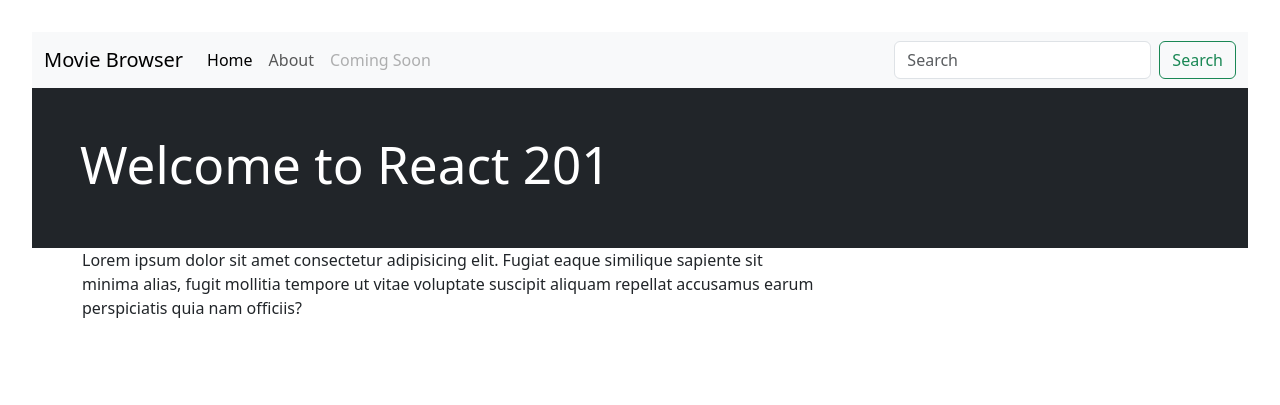
Repository: blordeus/movie-search-browser
Page: / (app in movie-browser/)
These files come from the project's save history. The page is drawn as it stood at one moment and after the next save; the edit follows.
The browser window is 1280 px wide. The pictures show the whole page.
The project was rebuilt for these pictures with package versions that can differ from the ones it lists, and the page was loaded fresh each time. Also part of the build but not shown: movie-browser/vite.config.js, movie-browser/src/components/About.jsx.

Above is the page before, as saved 2023-09-03 15:14:40.

After the next save:
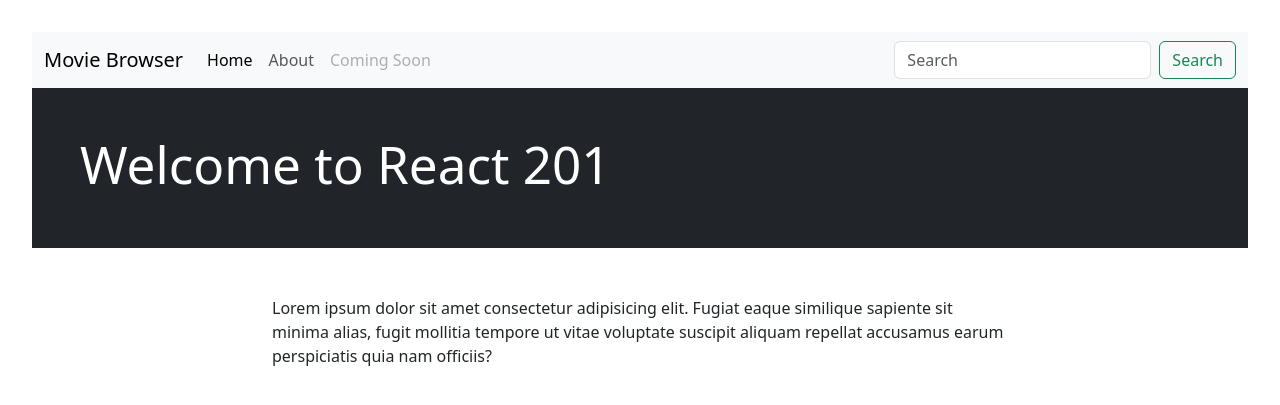
Saved 4 s later.
--- a/movie-browser/src/components/Home.jsx
+++ b/movie-browser/src/components/Home.jsx
@@ -6,7 +6,7 @@
         <Hero text="Welcome to React 201"/>
         <div className="container">
           <div className="row">
-            <div className="col-lg-8 offset">
+            <div className="col-lg-8 offset-lg-2 my-5">
               Lorem ipsum dolor sit amet consectetur adipisicing elit. Fugiat eaque similique sapiente sit minima alias, fugit mollitia tempore ut vitae voluptate suscipit aliquam repellat accusamus earum perspiciatis quia nam officiis?
             </div>
           </div>
